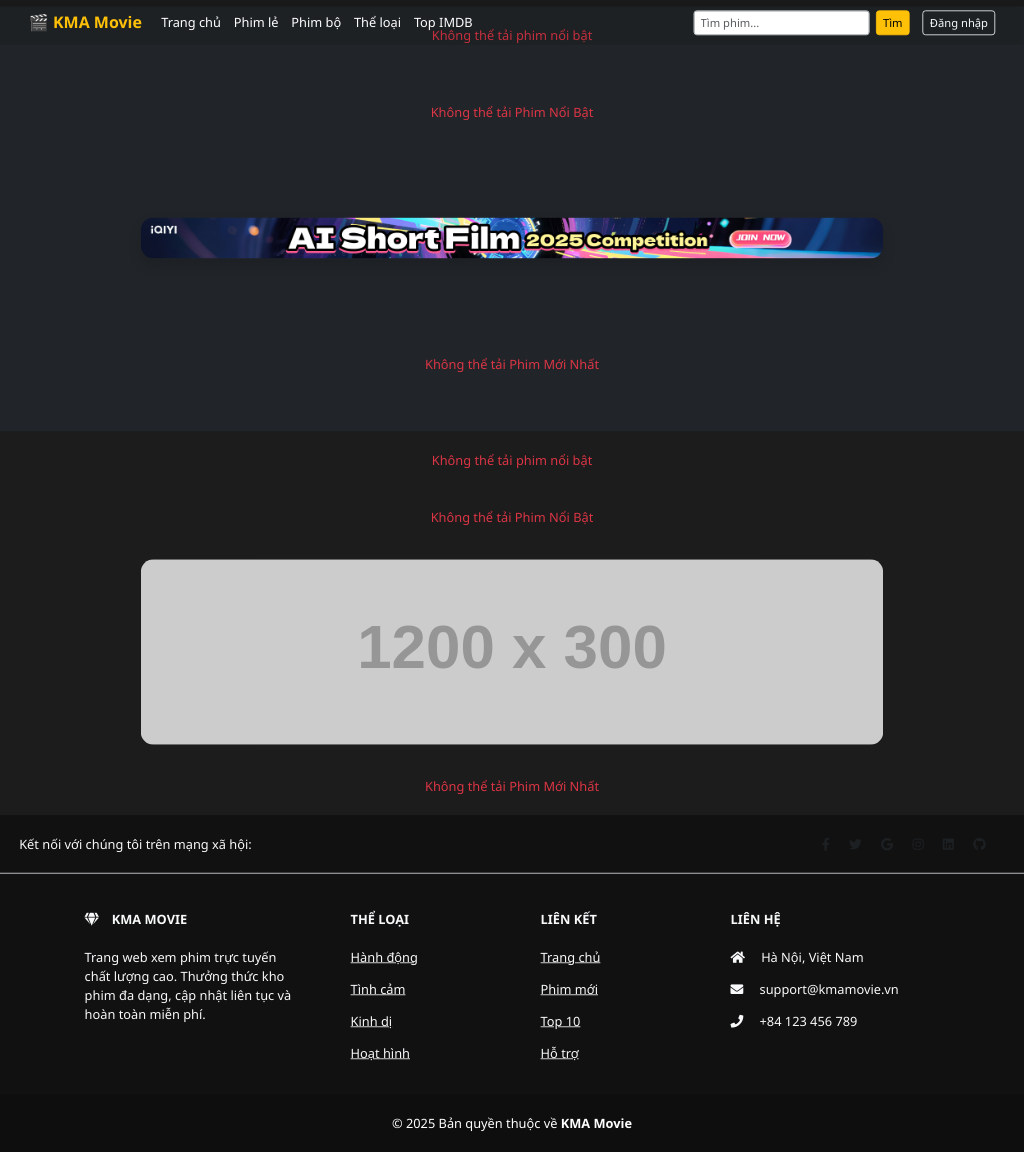
Repository: takagi2004/KMA_Nhom27_TTCS_WebXemFilm_FonEnd
Page: /
An editor plug-in stored every save of this project. The page is shown before and after the next save, followed by the edit.
The browser window is 1280 px wide. The pictures show the whole page, at 80% of full size.
The page's requests for data from a server got no answer. The project was rebuilt for these pictures with package versions that can differ from the ones it lists, and the page was loaded fresh each time. No one was signed in, and anything a server would have sent is missing. Also part of the build but not shown: src/layout/danhsachphim/Props/PhimCard.tsx.

Above is the page before, as saved 2025-08-07 01:49:12.

After the next save:
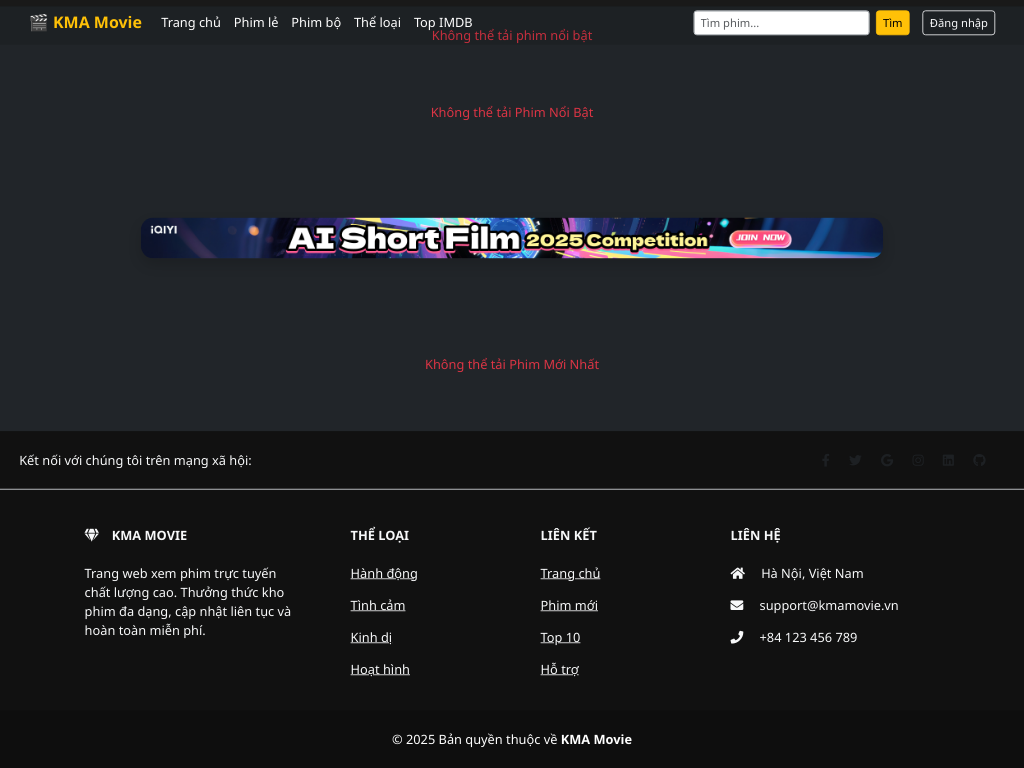
Saved 1 s later.
--- a/src/layout/Hompage.tsx
+++ b/src/layout/Hompage.tsx
@@ -1,43 +1,14 @@
+import DanhSachPhim from "./danhsachphim/DanhSachPhim";
+import Footer from "./header/foode-narbar-carosel/Footer";
+import Header from "./header/Header";
 import React from "react";
-import Header from "./header/Header";
-import Footer from "./header/foode-narbar-carosel/Footer";
-import Carousel from "./header/foode-narbar-carosel/Carousel";
-import DanhSachPhim from "./danhsachphim/DanhSachPhim";
-import { PhimAPI } from "../api/PhimAPI";
-
-function Homepage() {
+function Hompage() {
   return (
     <div className="App">
-      <Header />
-
-      <main className="container-fluid">
-        {/* Carousel */}
-        <Carousel />
-
-        {/* Danh sách phim */}
-        <DanhSachPhim
-          title="Phim Nổi Bật"
-          fetchApi={() => PhimAPI.getPhimNoiBat(12)}
-          slidesToShow={8}
-        />
-
-        {/* Banner giữa */}
-        <img
-          src="https://via.placeholder.com/1200x300?text=AI+Short+Film+2025+Competition"
-          alt="AI Short Film 2025 Competition"
-          className="banner-mid"
-        />
-
-        <DanhSachPhim
-          title="Phim Mới Nhất"
-          fetchApi={() => PhimAPI.getPhimMoiNhat(12)}
-          slidesToShow={8}
-        />
-      </main>
-
-      <Footer />
+       <Header />
+       <Footer />
     </div>
   );
 }
 
-export default Homepage;
+export default Hompage;
